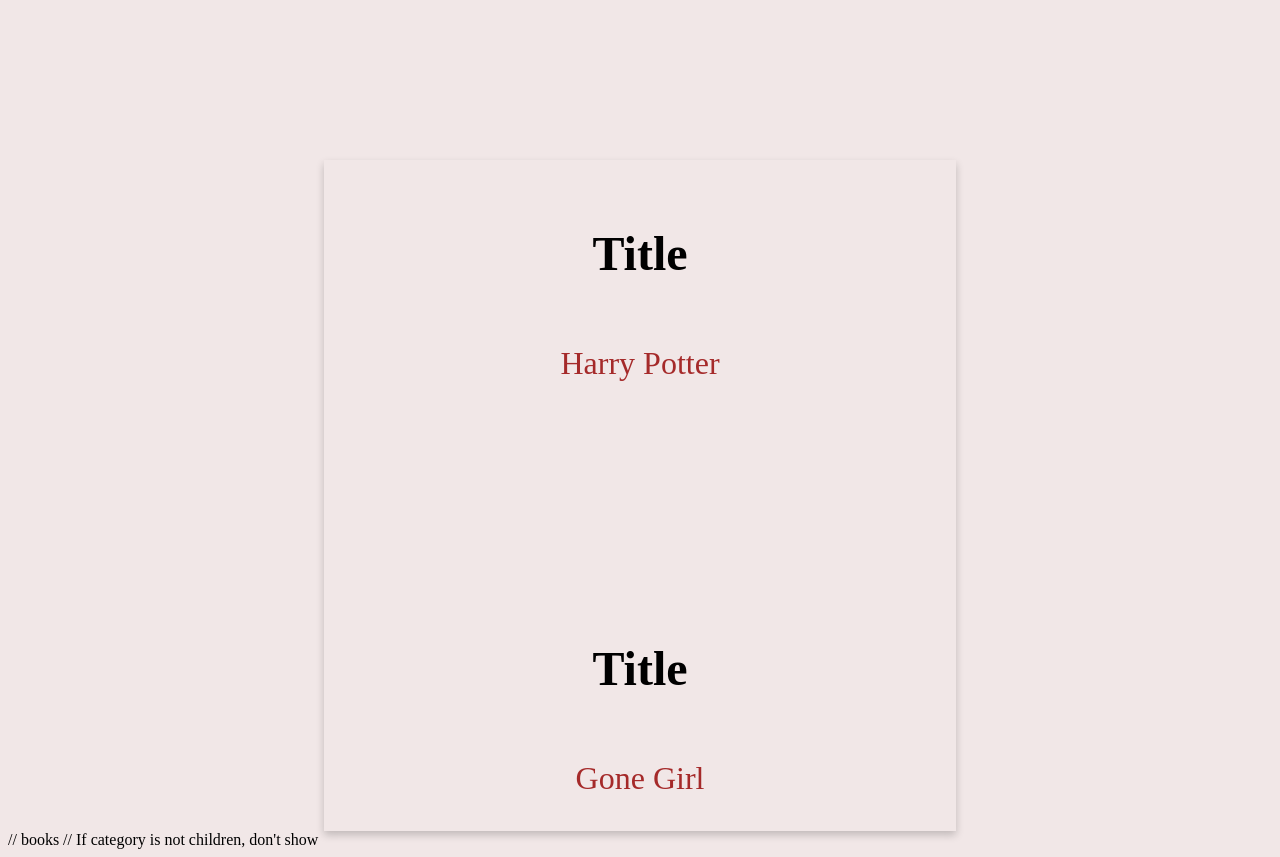
Repository: cyborgEneki/archangel-code-challenge
Page: index.html
These files come from the project's save history. The page is drawn as it stood at one moment and after a run of saves; the edit follows.
The browser window is 1280 px wide. The pictures show the whole page.
The style sheet was rebuilt from its Sass, Less or Tailwind sources for each picture, by a compiler version that may differ from the author's.

Above is the page before, as saved 2020-11-05 14:07:24.

### index.html
<!DOCTYPE html>
<html lang="en">

<head>
    <link rel="stylesheet" href="assets/css/styles.css">
</head>

<body>
    <div id="main"></div>
    <script src="bower_components/handlebars/handlebars.min.js"></script>
    <script src="bower_components/jquery/dist/jquery.min.js"></script>
    <script type="text/x-handlebars-template" id="template-script">
            <div class="card">
                <div class="card__container">
                    <h4 class="card__heading"><b>Title</b></h4>
                    <p class="card__text">Harry Potter</p>
                </div>
                <div class="card__container">
                    <h4 class="card__heading"><b>Title</b></h4>
                    <p class="card__text">Gone Girl</p>
                </div>
            </div>
    </script>
    <script src="assets/js/books.js"></script>
    <script src="assets/js/index.js"></script>
</body>
</html>


                    <!-- <p class="card__text">{{compareEquality a b real makeBelieve}}!</p> -->

    // books
    // If category is not children, don't show

### assets/js/index.js
$(function () {
    Handlebars.registerHelper("compareEquality", function (a, b, real, makeBelieve) {
        if (a == b) {
            return real;
        } else {
            return makeBelieve;
        };
    });
    let template = $('#template-script').html(),
        compiled = Handlebars.compile(template),
        rendered = compiled({
            a: 1,
            b: 1,
            real: 'an oblate spheroid',
            makeBelieve: 'flat'
        });
    $('#main').html(rendered);
});

### scss/styles.scss
$peach: #f1e7e7;

body {
    background-color: $peach;
}

.card {
    box-shadow: 0 4px 8px 0 rgba(0, 0, 0, 0.2);
    transition: 0.3s;
    width: 50%;
    margin: 0 auto;

    &__container {
        padding: 2px 16px;
        margin-top: 10rem;
    }

    &__heading {
        font-size: 3rem;
        text-align: center;
    }

    &__text {
        text-align: center;
        font-size: 2rem;
        color: brown;
    }
}

Loaded but not shown: bower_components/handlebars/handlebars.min.js (library); bower_components/jquery/dist/jquery.min.js (library); assets/js/books.js (no stored copy; drawn as an empty file)

After the next 2 saves:
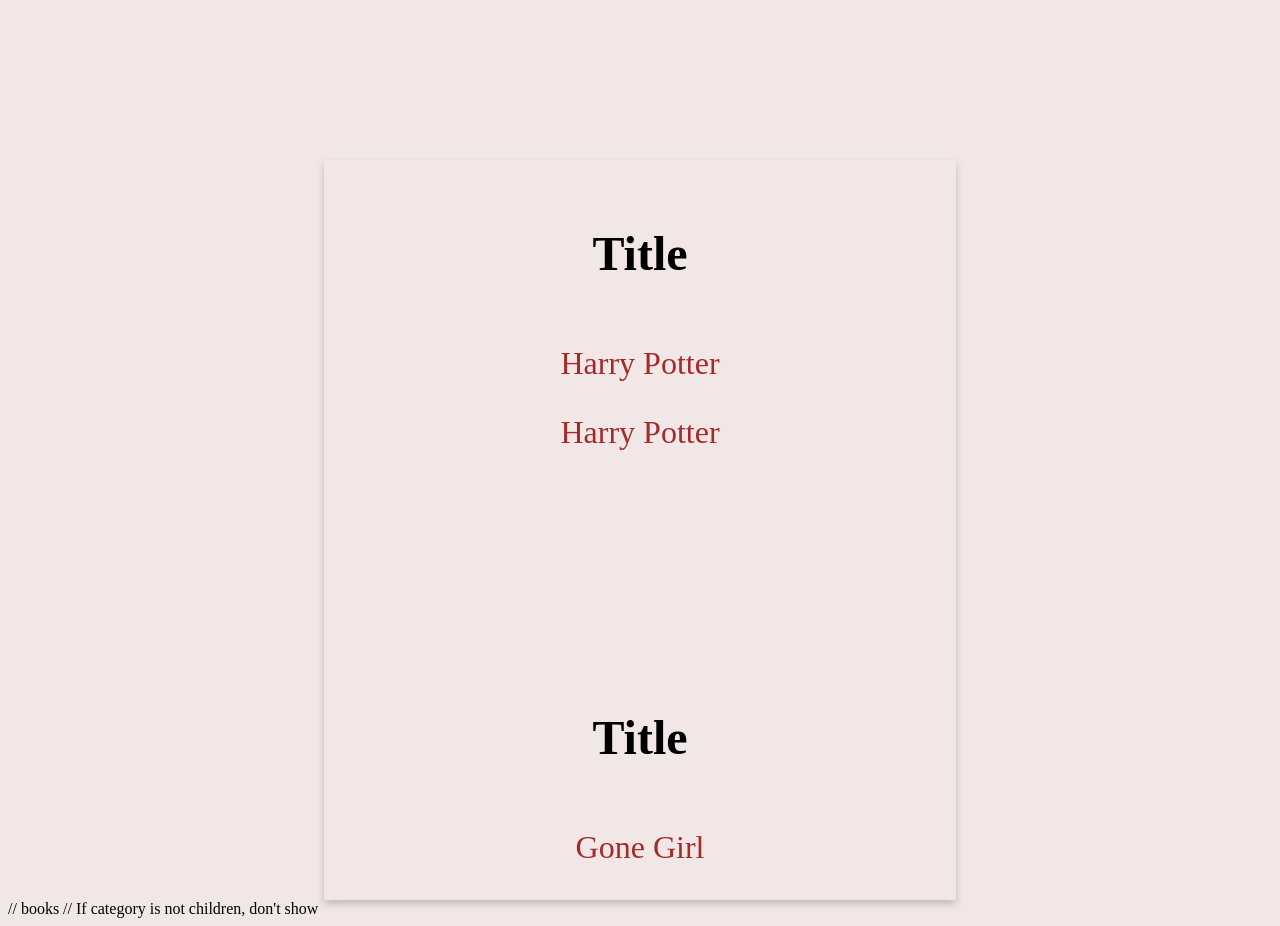
The 2 saves are shown as one change because they came seconds apart.
The last was saved 18 s later.
--- a/index.html
+++ b/index.html
@@ -13,6 +13,7 @@
             <div class="card">
                 <div class="card__container">
                     <h4 class="card__heading"><b>Title</b></h4>
+                    <p class="card__text">Harry Potter</p>
                     <p class="card__text">Harry Potter</p>
                 </div>
                 <div class="card__container">
